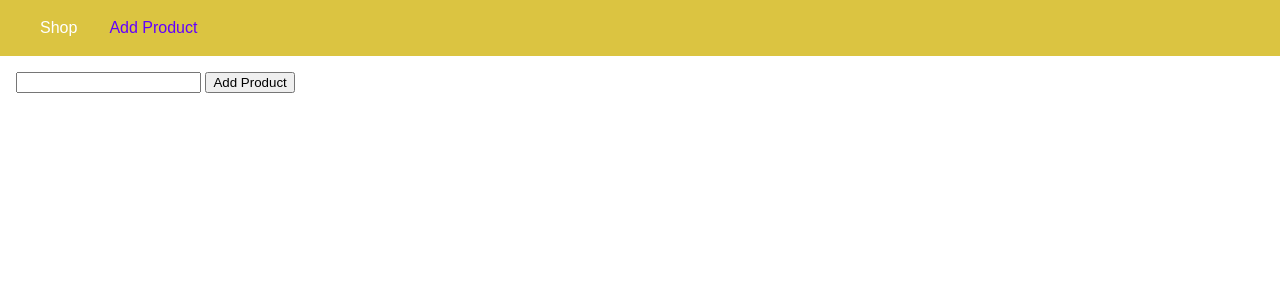
Repository: Hardyy00/NodeJS
Page: http://localhost/add-products
An editor plug-in stored every save of this project. The page is shown before and after the next save, followed by the edit.
The browser window is 1280 px wide. The pictures show the whole page.
The page is served by the project's Node server (app.js).

Above is the page before, as saved 2024-01-06 15:57:30.

After the next save:
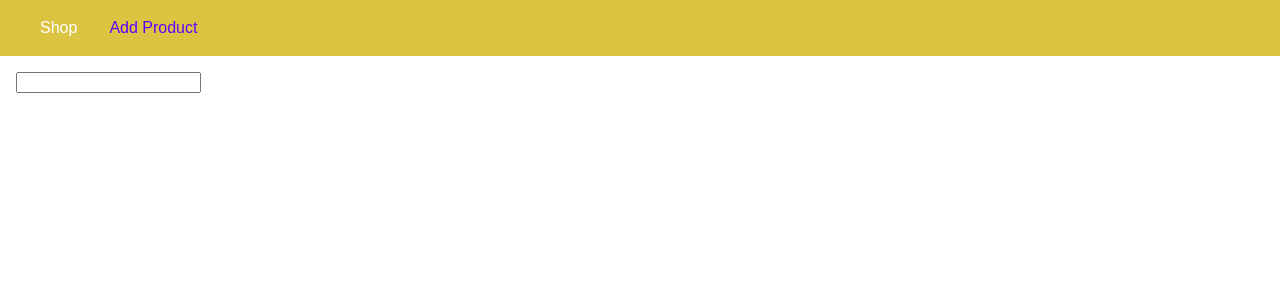
Saved 76 s later.
--- a/Dynamic-Routes-And-Advanced-Models/views/add-product.html
+++ b/Dynamic-Routes-And-Advanced-Models/views/add-product.html
@@ -65,8 +65,11 @@
     </header>
     <main>
       <form action="/add-products" method="POST">
-        <input type="text" name="title" />
-        <button type="submit">Add Product</button>
+        <div class="form-control">
+          <label for="title">
+            <input type="text" name="title" />
+          </label>
+        </div>
       </form>
     </main>
   </body>
